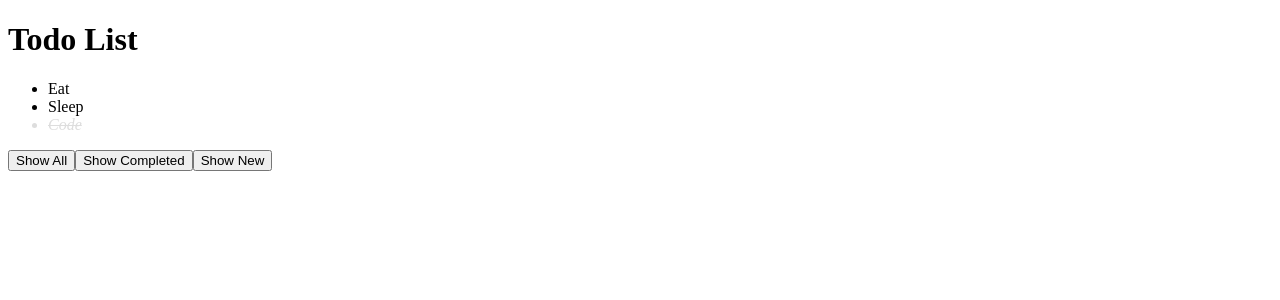
Repository: haiphamdev/shopping-cart
Page: /
The author's editor kept a copy of each file at every save. The page is drawn from the files as they stood at one save, then again after the next save.
The browser window is 1280 px wide. The pictures show the whole page.
The project was rebuilt for these pictures with package versions that can differ from the ones it lists, and the page was loaded fresh each time. Also part of the build but not shown: vite.config.js, src/index.css.

Above is the page before, as saved 2025-02-23 21:42:56.

After the next save:
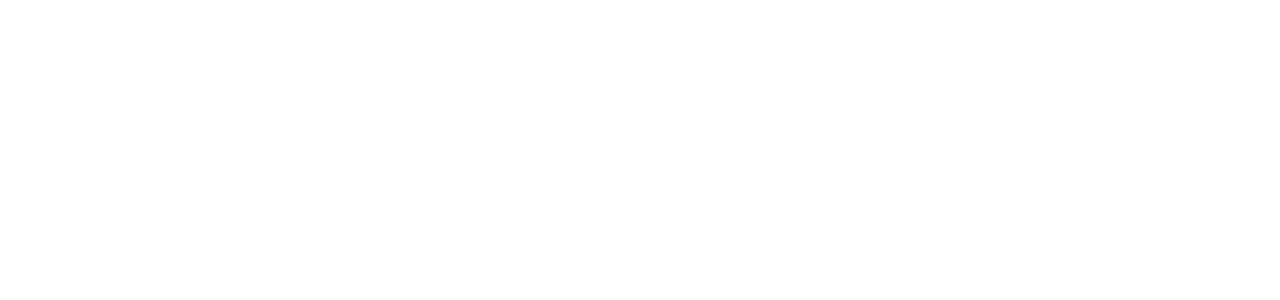
Console error: TypeError: undefined is not a function
Saved 43 s later.
--- a/src/features/Todo/index.jsx
+++ b/src/features/Todo/index.jsx
@@ -24,7 +24,7 @@
   ];
 
   const [todoList, setTodoList] = useState(initialTodoList);
-  const [filter, setFilter] = useState('all');
+  const [filterStatus, setFilterStatus] = useState('all');
 
   function handleTodoClick(todo, index) {
     // console.log(todo, index);
@@ -49,6 +49,8 @@
     setFilter('new');
   }
 
+  const renderTodoList = todoList.filter();
+
   return (
     <div>
       <h1>Todo List</h1>

After the 4 saves that followed:
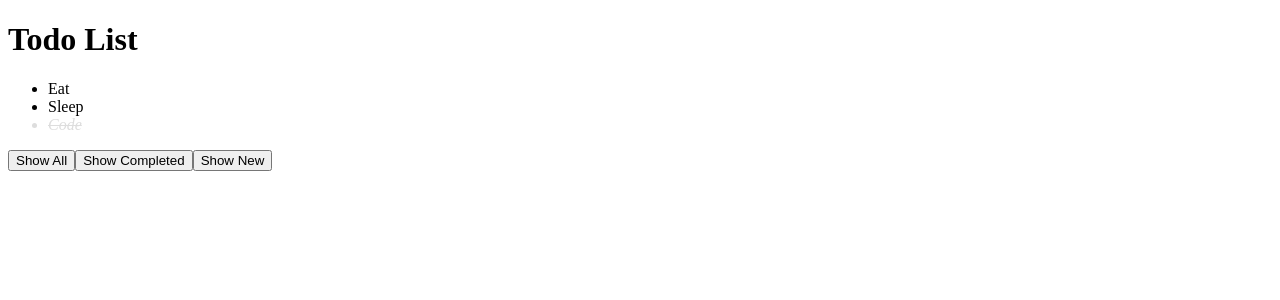
The error is gone.
The 4 saves are shown as one change because 3 left the picture as it was.
The last was saved 93 s later.
--- a/src/features/Todo/index.jsx
+++ b/src/features/Todo/index.jsx
@@ -38,23 +38,25 @@
   }
 
   function handleShowAllClick() {
-    setFilter('all');
+    setFilterStatus('all');
   }
 
   function handleShowCompletedClick() {
-    setFilter('completed');
+    setFilterStatus('completed');
   }
 
   function handleShowNewClick() {
-    setFilter('new');
+    setFilterStatus('new');
   }
 
-  const renderTodoList = todoList.filter();
+  const renderTodoList = todoList.filter(
+    (todo) => filterStatus === 'all' || filterStatus === todo.status
+  );
 
   return (
     <div>
       <h1>Todo List</h1>
-      <TodoList todoList={todoList} onTodoClick={handleTodoClick} />
+      <TodoList todoList={renderTodoList} onTodoClick={handleTodoClick} />
 
       <div>
         <button onClick={handleShowAllClick}>Show All</button>
